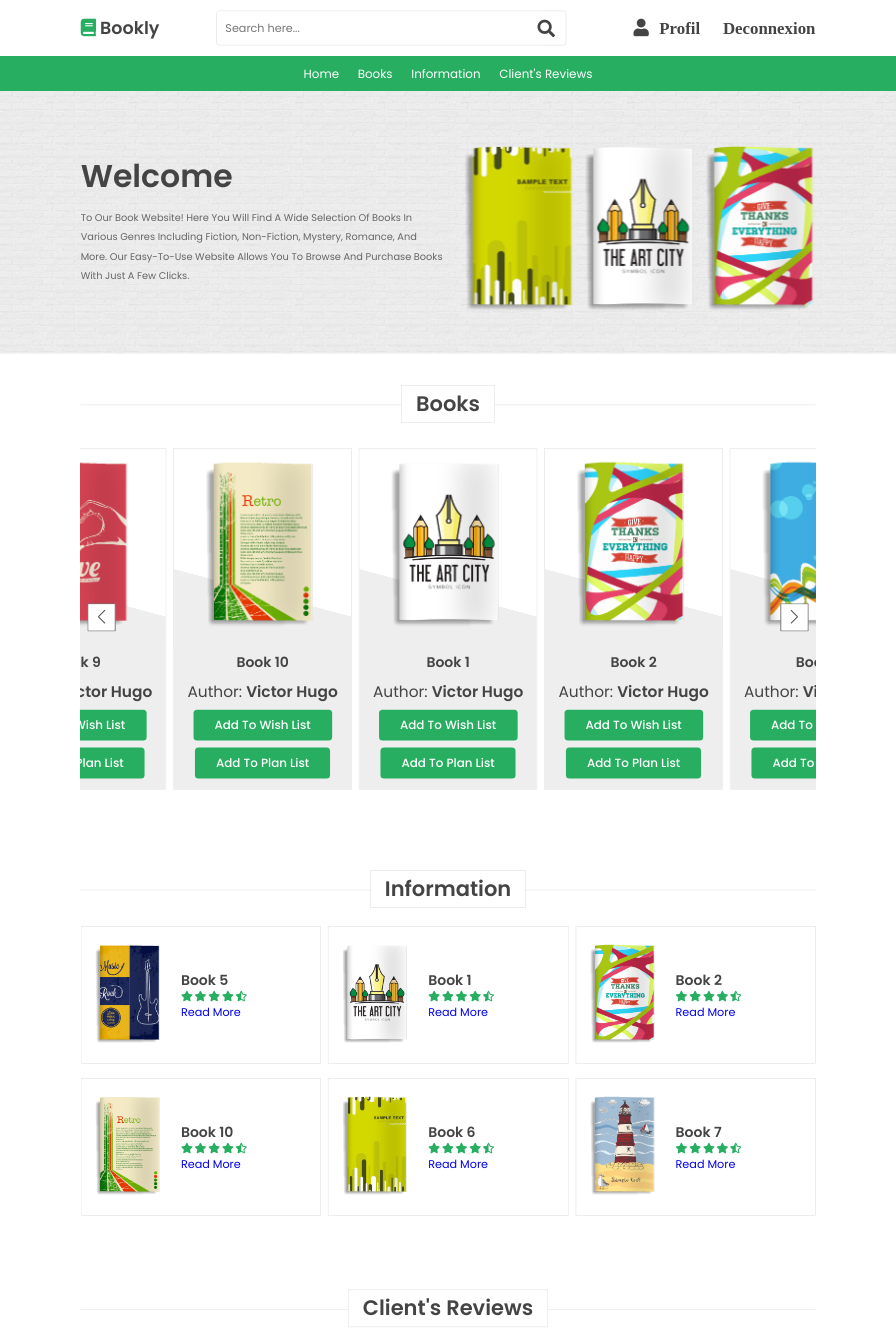
Repository: souhailaniba/Bookly
Page: public/assets/books webstie/index2.html
An editor plug-in stored every save of this project. The page is shown before and after the next save, followed by the edit.
The browser window is 1280 px wide. The pictures show the part of the page from y = 0 to 1920 px (the page is 2782 px tall before and 3381 px after), at 70% of full size.

Above is the page before, as saved 2023-01-27 16:44:25.

After the next save:
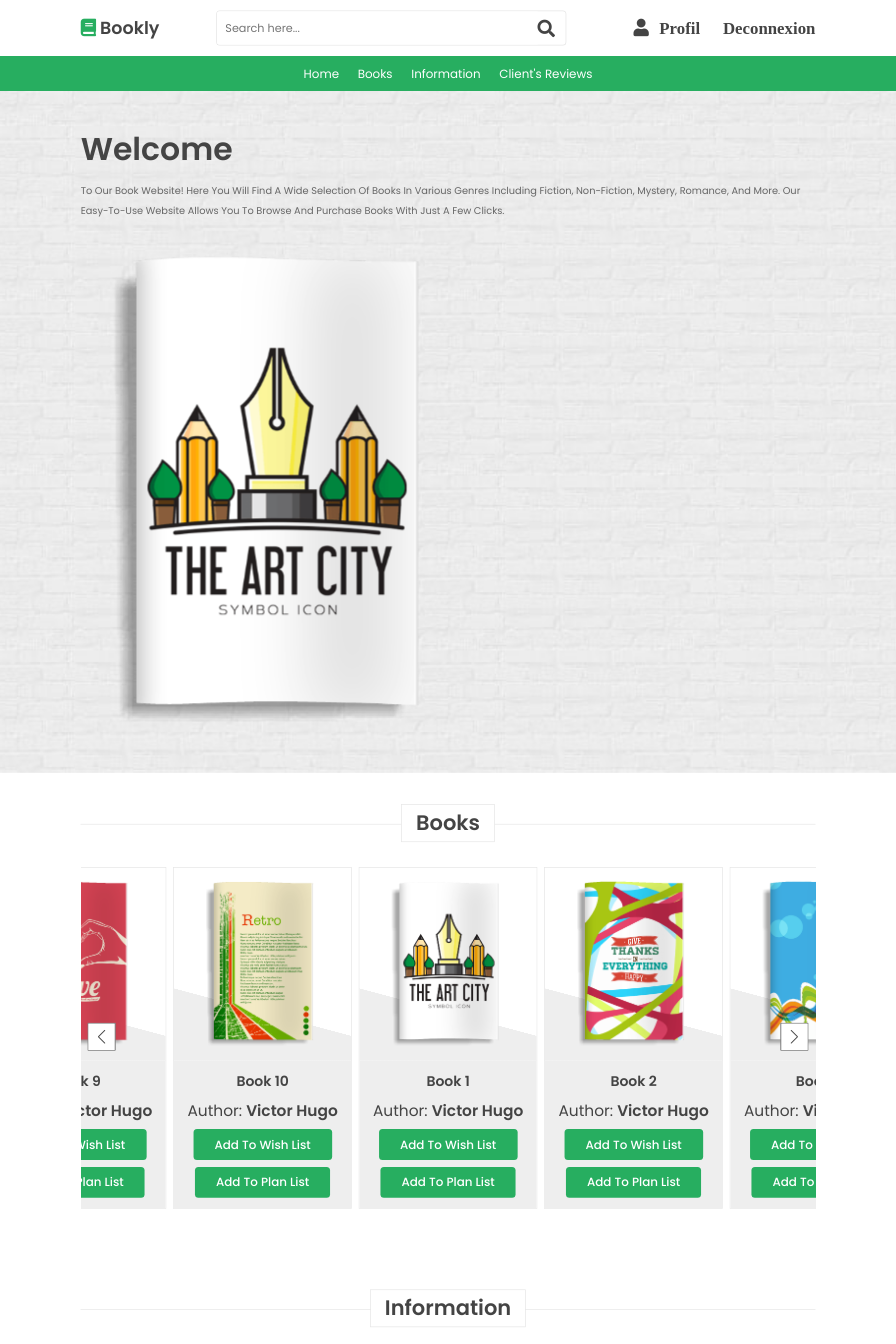
Saved 17 s later.
--- a/public/assets/books webstie/index2.html
+++ b/public/assets/books webstie/index2.html
@@ -73,7 +73,7 @@
             <p>To our book website! Here you will find a wide selection of books in various genres including fiction, non-fiction, mystery, romance, and more. Our easy-to-use website allows you to browse and purchase books with just a few clicks.</p>
         </div>
 
-        <div class="swiper books-slider">
+        <div class="swiper">
             <div class="swiper-wrapper">
                 <a href="#" class="swiper-slide"><img src="image/book-1.png" alt=""></a>
                 <a href="#" class="swiper-slide"><img src="image/book-2.png" alt=""></a>
